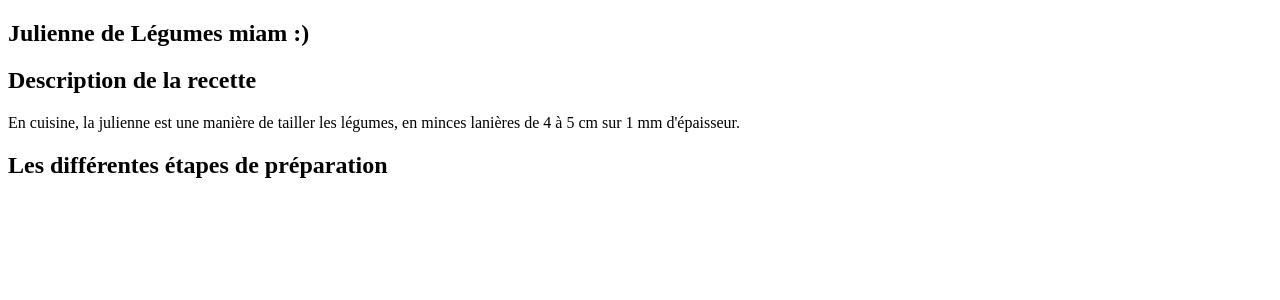
Repository: klevish/marmitonade.github.io
Page: julienne_de_legumes.html
The author's editor kept a copy of each file at every save. The page is drawn from the files as they stood at one save, then again after a run of saves.
The browser window is 1280 px wide. The pictures show the whole page.

Above is the page before, as saved 2022-06-13 16:21:40.

### julienne_de_legumes.html
<!DOCTYPE html>
<html lang="en">

<head>
    <meta charset="UTF-8">
    <meta http-equiv="X-UA-Compatible" content="IE=edge">
    <meta name="viewport" content="width=device-width, initial-scale=1.0">
    <title>Document</title>
</head>

<body>
    <section>
        <h1>Julienne de Légumes miam :)</h1>
    </section>

    <section>
        <h2>Description de la recette</h2>
        <p>En cuisine, la julienne est une manière de tailler les légumes, en minces lanières de 4 à 5 cm sur 1 mm
            d'épaisseur.</p>
    </section>

    <section>
        <h2>Les différentes étapes de préparation</h2>
    </section>
</body>

</html>

After the next 2 saves:
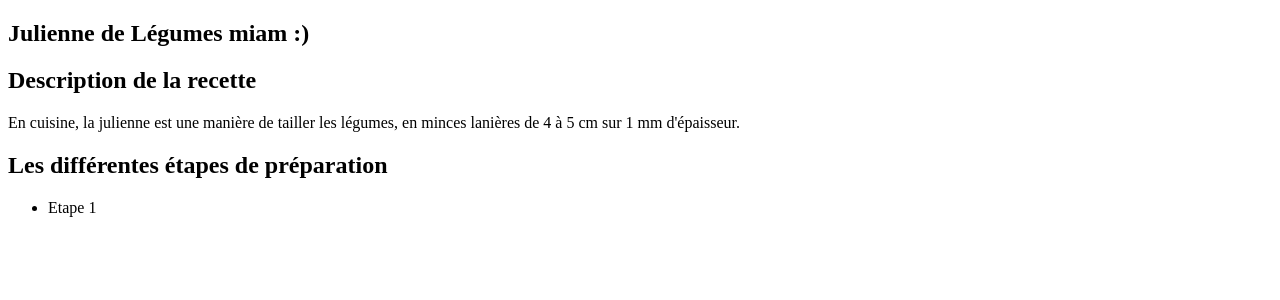
The 2 saves are shown as one change because they came seconds apart.
The last was saved 19 s later.
--- a/julienne_de_legumes.html
+++ b/julienne_de_legumes.html
@@ -21,6 +21,9 @@
 
     <section>
         <h2>Les différentes étapes de préparation</h2>
+        <ul>
+            <li>Etape 1</li>
+        </ul>
     </section>
 </body>
 
